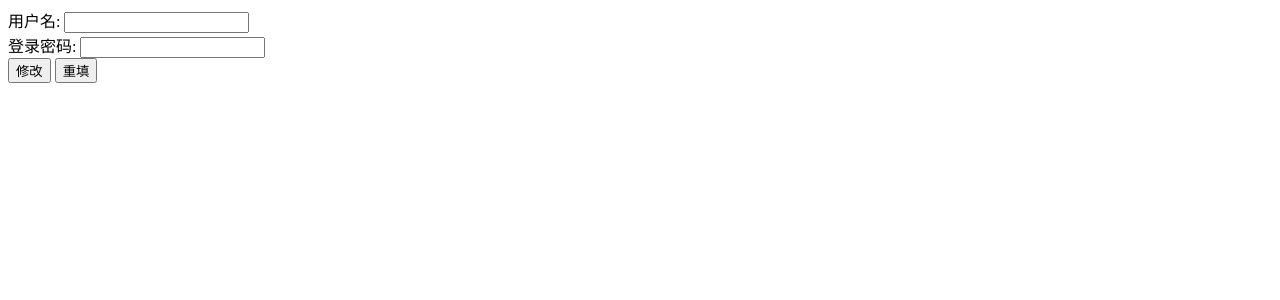
Repository: suxiaohutot/PHP
Page: http://localhost/xiugai.php
These files come from the project's save history. The page is drawn as it stood at one moment and after the next save; the edit follows.
The browser window is 1280 px wide. The pictures show the whole page.
The page is run by PHP 8.4 with error messages shown; the project is at /var/www/html/.

Above is the page before, as saved 2019-10-25 06:03:26.

After the next save:
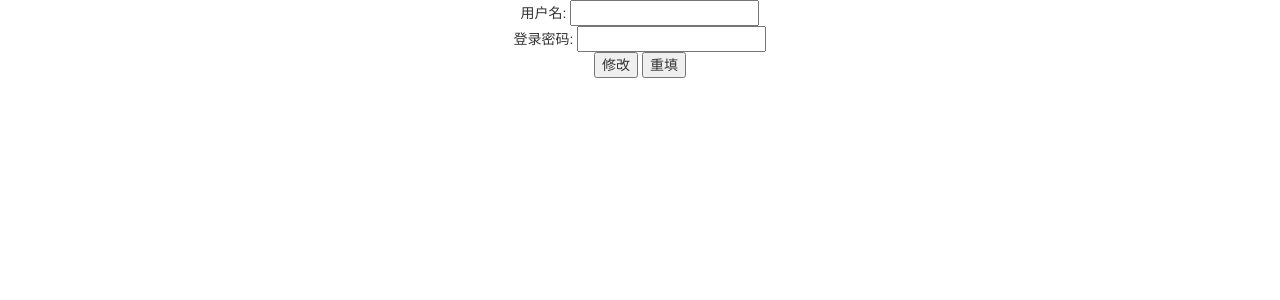
Saved 12 s later.
--- a/test/xiugai.php
+++ b/test/xiugai.php
@@ -1,6 +1,11 @@
 <html>
 <head>
 <meta charset="utf-8"/>
+<link href="css/bootstrap.min.css" rel="stylesheet" />
+	<style type="text/css">
+	body{ text-align:center}
+	</style>
+</head>
 </head>
 <form action="xiugai_chenge.php" method="post" class="container">
 用户名:
